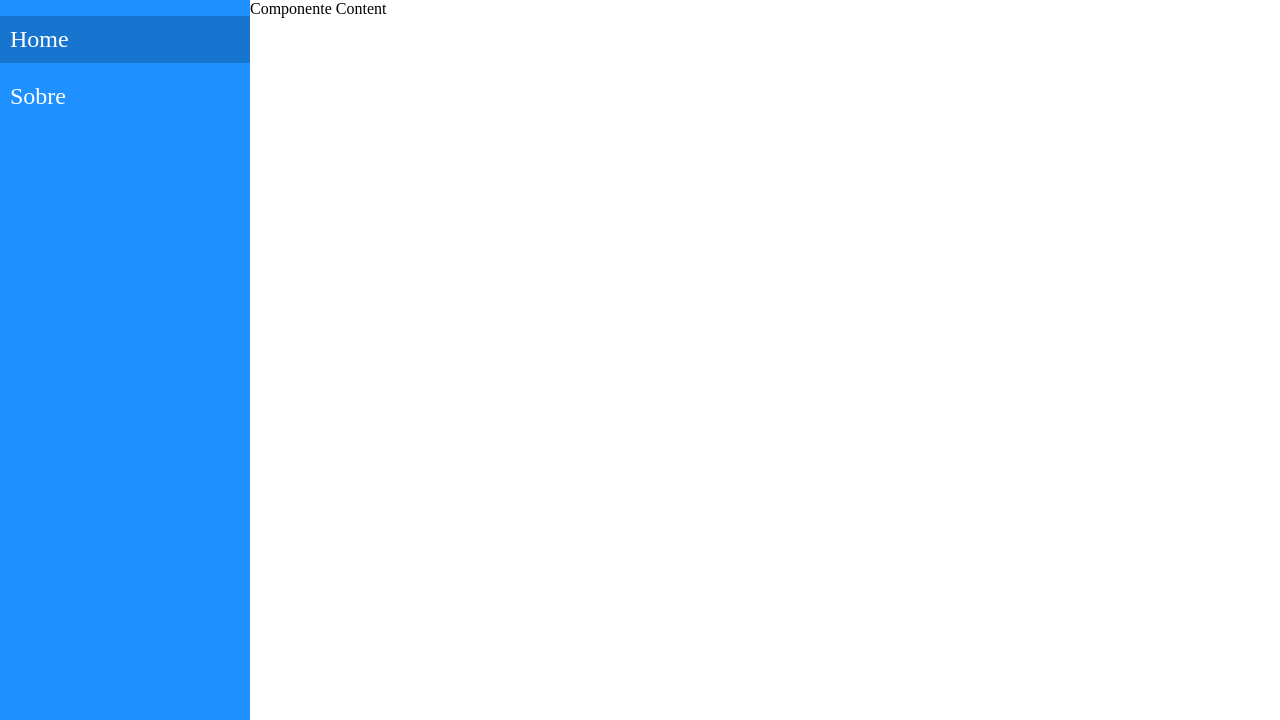
Repository: jean-siqueira/react-navegacao
Page: /
An editor plug-in stored every save of this project. The page is shown before and after the next save, followed by the edit.
The browser window is 1280 px wide. The pictures show the whole page.
The pointer rests on the first visible `.Menu li a`.
The project was rebuilt for these pictures with package versions that can differ from the ones it lists, and the page was loaded fresh each time.

Above is the page before, as saved 2023-03-27 08:18:57.

After the next save:
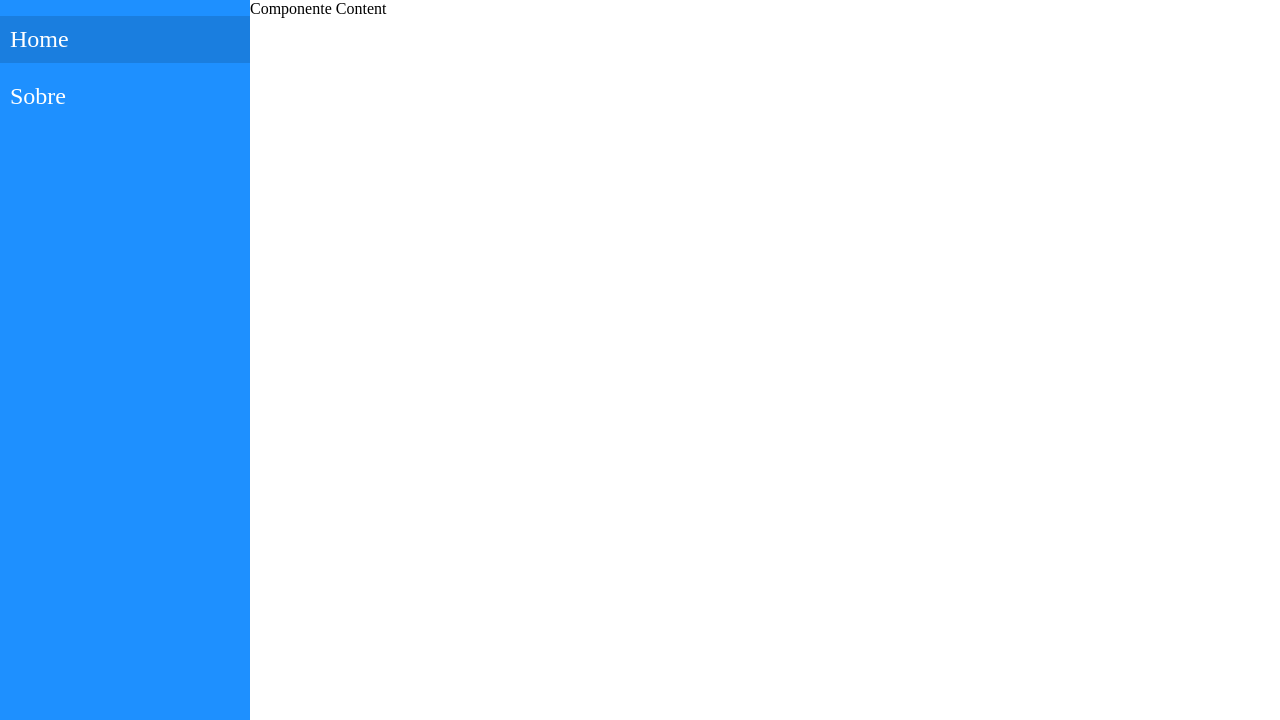
Saved 13 s later.
--- a/src/components/layout/Menu.css
+++ b/src/components/layout/Menu.css
@@ -28,5 +28,5 @@
 }
 
 .Menu li a:hover{
-    background-color: #00000030;
+    background-color: #00000020;
 }
